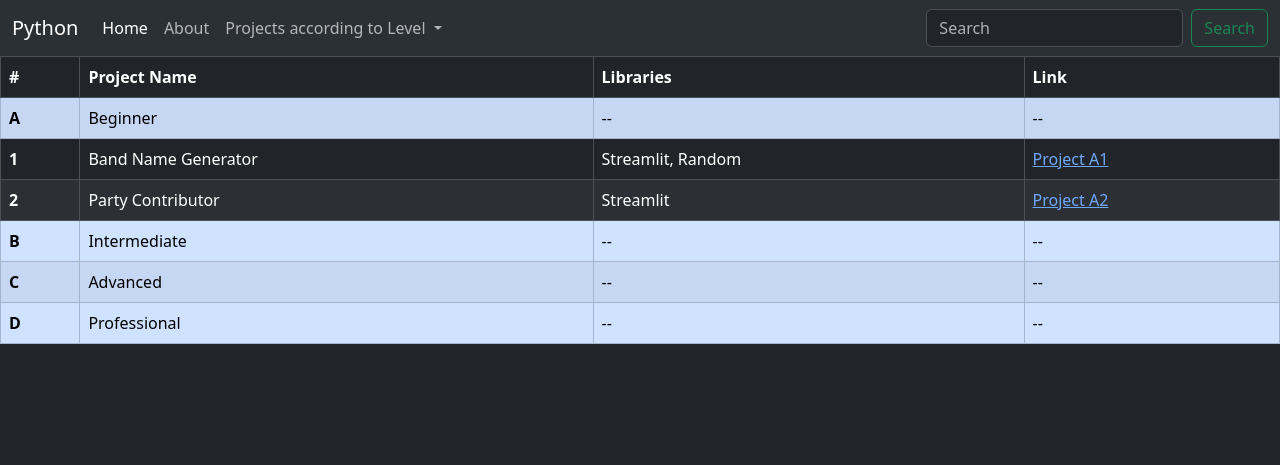
Repository: VictoriousMango/100-Python-Project
Page: index.html
The author's editor kept a copy of each file at every save. The page is drawn from the files as they stood at one save, then again after the next save.
The browser window is 1280 px wide. The pictures show the whole page.

Above is the page before, as saved 2024-06-06 16:49:04.

After the next save:
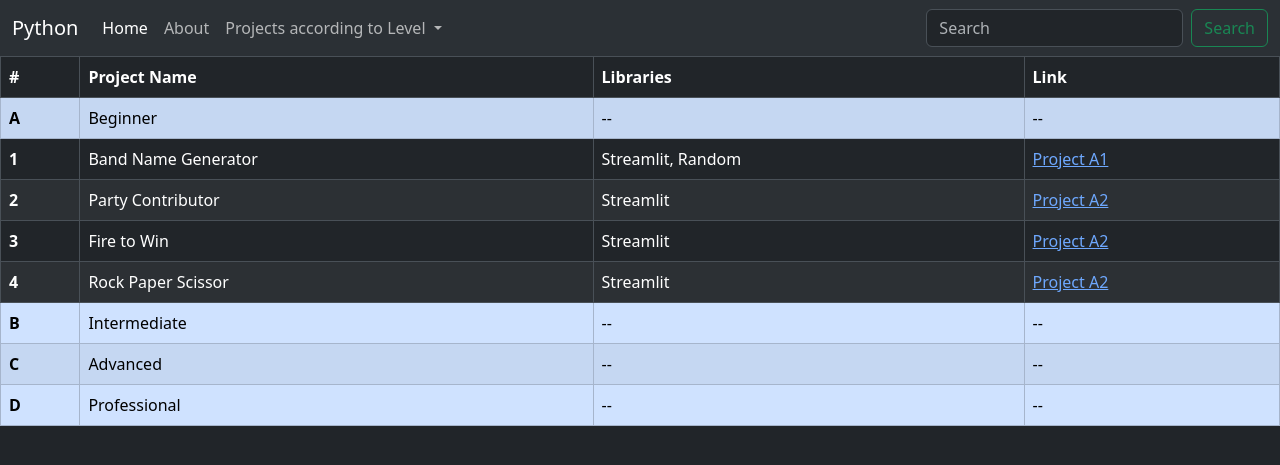
Saved 3 min 55 s later.
--- a/index.html
+++ b/index.html
@@ -81,6 +81,22 @@
               <a href="https://100-python-projectg-rawnndldtq3zp8qrhnm8qe.streamlit.app/Party_Contributor"  target="_blank">Project A2</a>
             </td>
           </tr>
+          <tr>
+            <th scope="row">3</th>
+            <td>Fire to Win</td>
+            <td> Streamlit </td>
+            <td>
+              <a href="https://100-python-projectg-rawnndldtq3zp8qrhnm8qe.streamlit.app/Party_Contributor"  target="_blank">Project A2</a>
+            </td>
+          </tr>
+          <tr>
+            <th scope="row">4</th>
+            <td>Rock Paper Scissor</td>
+            <td> Streamlit </td>
+            <td>
+              <a href="https://100-python-projectg-rawnndldtq3zp8qrhnm8qe.streamlit.app/Party_Contributor"  target="_blank">Project A2</a>
+            </td>
+          </tr>
         </div>
 
         <!-- Intermediate Project Links -->
